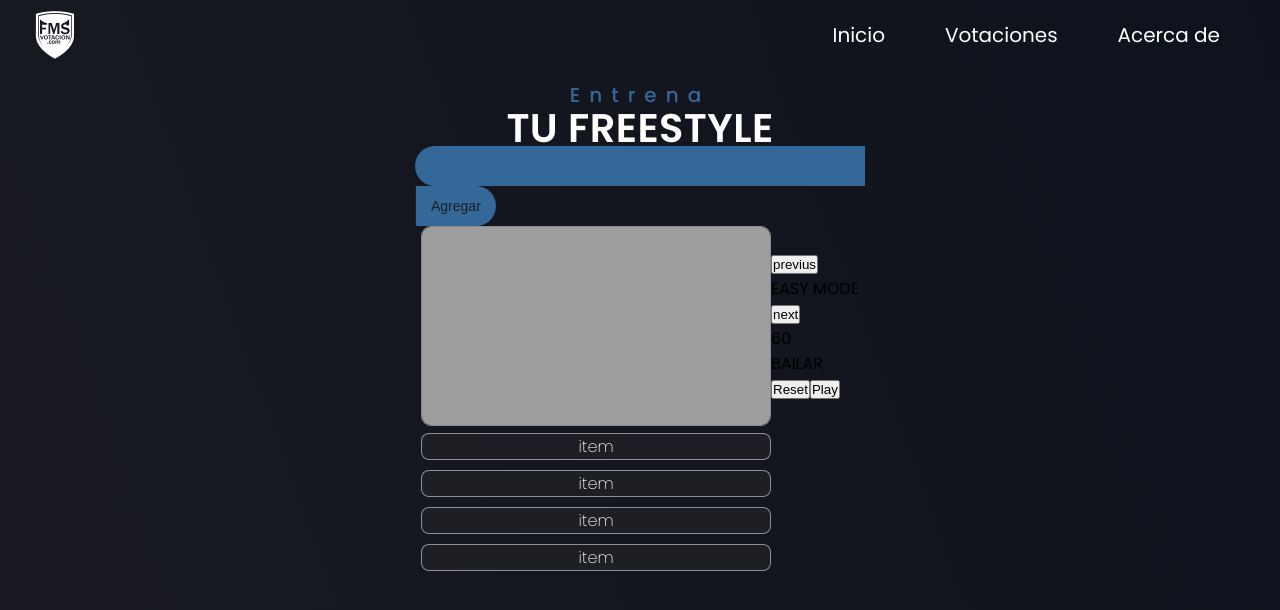
Repository: ezegonzalez912/fmsvotacion2
Page: /practice
These files come from the project's save history. The page is drawn as it stood at one moment and after the next save; the edit follows.
The browser window is 1280 px wide. The pictures show the whole page.
Pictures or frames that could not be fetched are drawn as grey boxes. The page's requests for data from a server got no answer. The project was rebuilt for these pictures with package versions that can differ from the ones it lists, and the page was loaded fresh each time. No one was signed in, and anything a server would have sent is missing. Also part of the build but not shown: src/components/screens/AboutScreen.js, src/components/Error.js, src/components/Apoya.js, src/components/screens/MainScreen.js, src/components/Contexts/CompContext.js, src/helpers/valueCheck.js, src/helpers/valueCheck2.js, src/hooks/useVote.js and 42 more.

Above is the page before, as saved 2021-08-15 00:57:11.

After the next save:
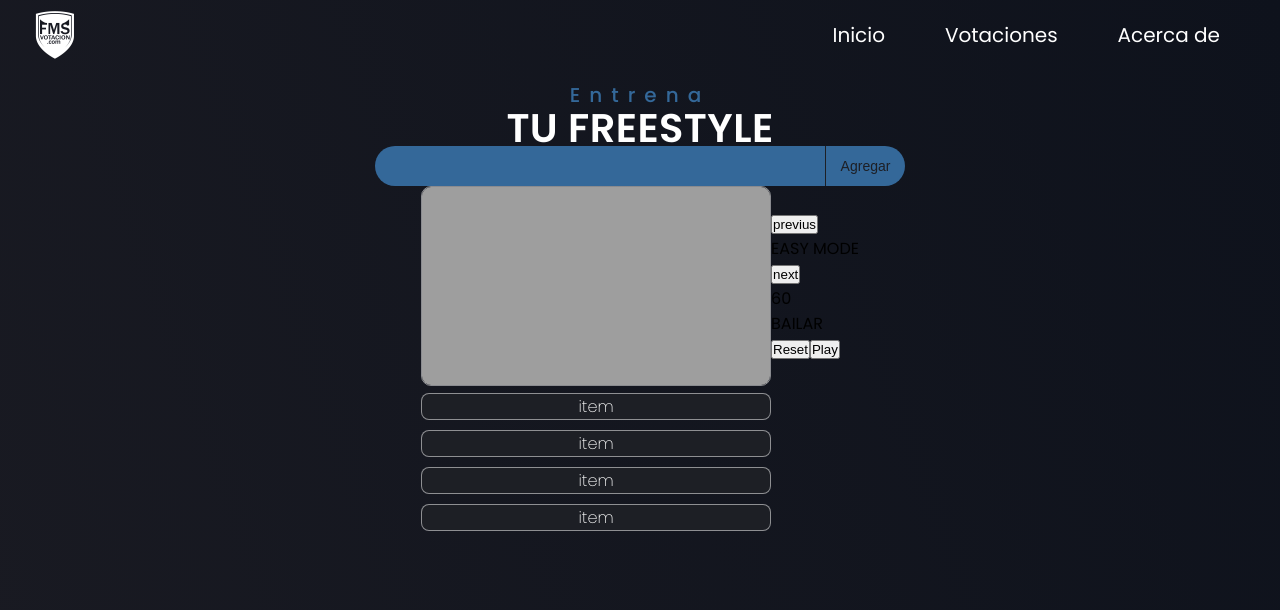
Saved 13 s later.
--- a/src/styles/settings/_settings.scss
+++ b/src/styles/settings/_settings.scss
@@ -71,6 +71,10 @@
     }
 }
 
+.dsp-flex{
+    display: flex;
+}
+
 @media (max-width:800px){
     .title-ppl{
         font-size: 30px
